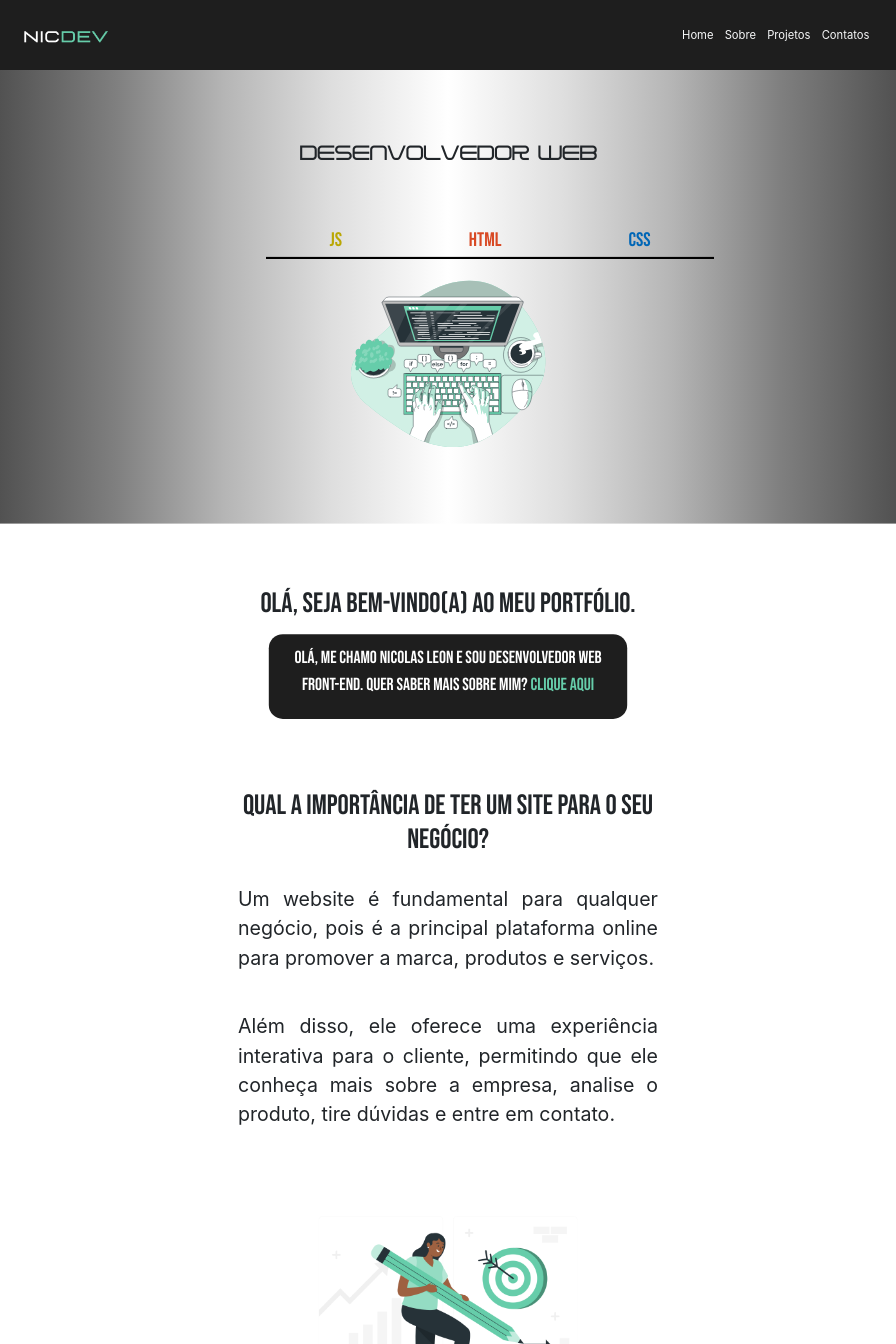
Repository: Leonngc/nicdev
Page: index.html
The author's editor kept a copy of each file at every save. The page is drawn from the files as they stood at one save, then again after the next save.
The browser window is 1280 px wide. The pictures show the part of the page from y = 0 to 1920 px (the page is 4538 px tall before and 4438 px after), at 70% of full size.
Some web libraries are served in a nearby version.

Above is the page before, as saved 2023-04-14 18:57:31.

After the next save:
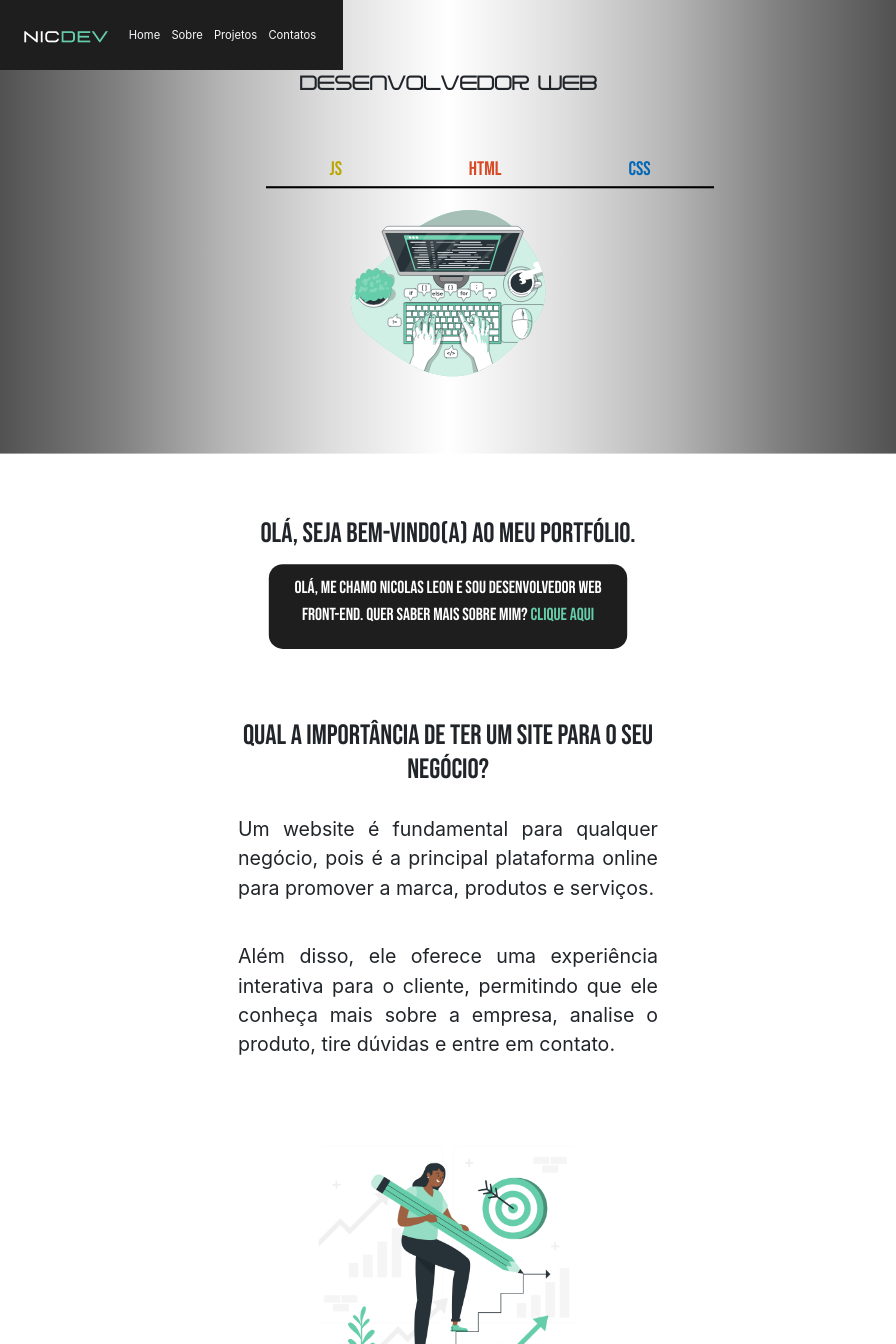
Saved 103 s later.
--- a/index.html
+++ b/index.html
@@ -19,7 +19,7 @@
   <body>
     <header style="width: 100vw">
       <nav
-        class="navbar navbar-expand-lg navbar-dark"
+        class="navbar navbar-expand-lg navbar-dark position-fixed"
         style="background-color: #1e1e1e; padding: 30px"
       >
         <a class="navbar-brand" href="#"

After the save that followed:
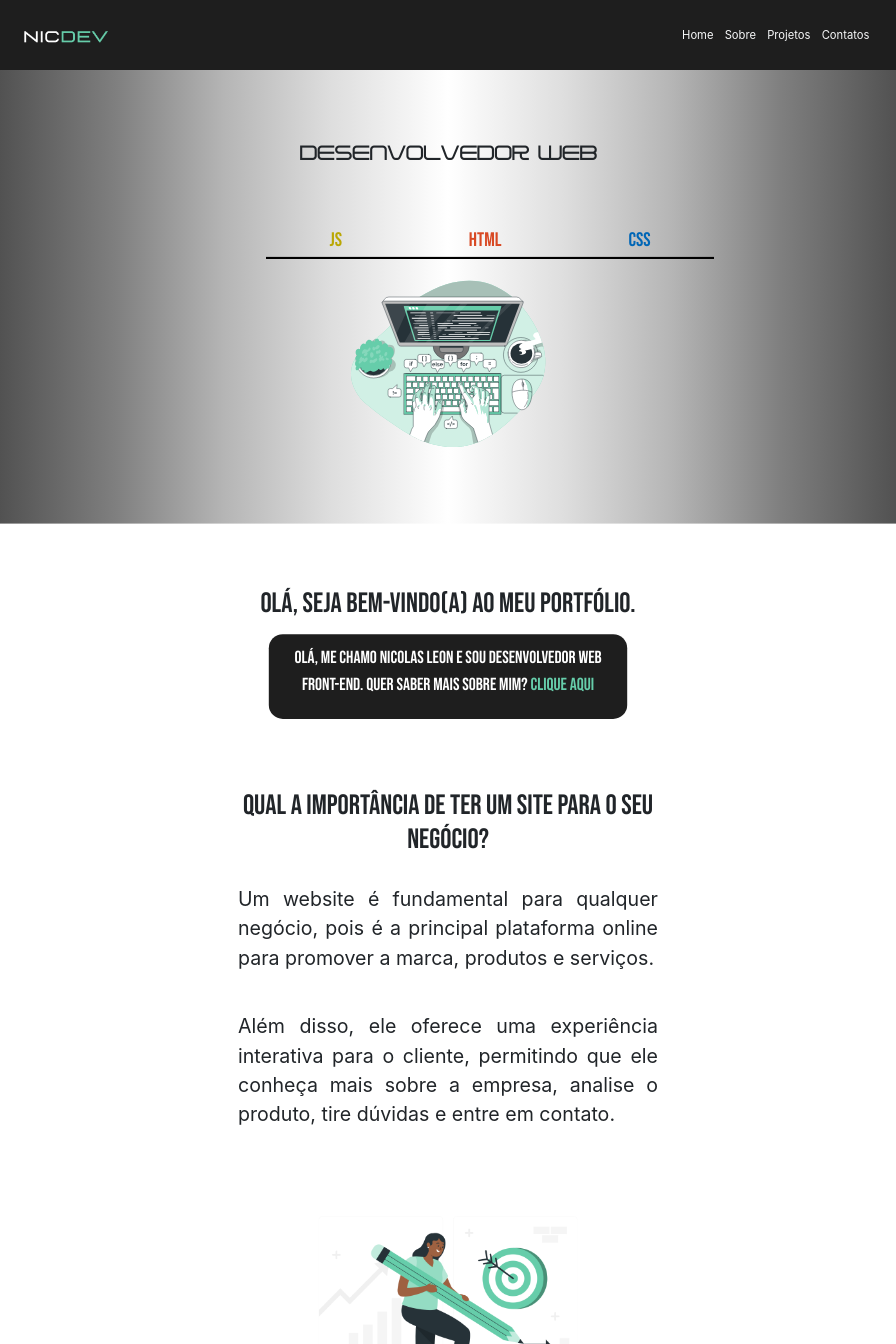
Saved 11 s later.
--- a/index.html
+++ b/index.html
@@ -19,7 +19,7 @@
   <body>
     <header style="width: 100vw">
       <nav
-        class="navbar navbar-expand-lg navbar-dark position-fixed"
+        class="navbar navbar-expand-lg navbar-dark"
         style="background-color: #1e1e1e; padding: 30px"
       >
         <a class="navbar-brand" href="#"
